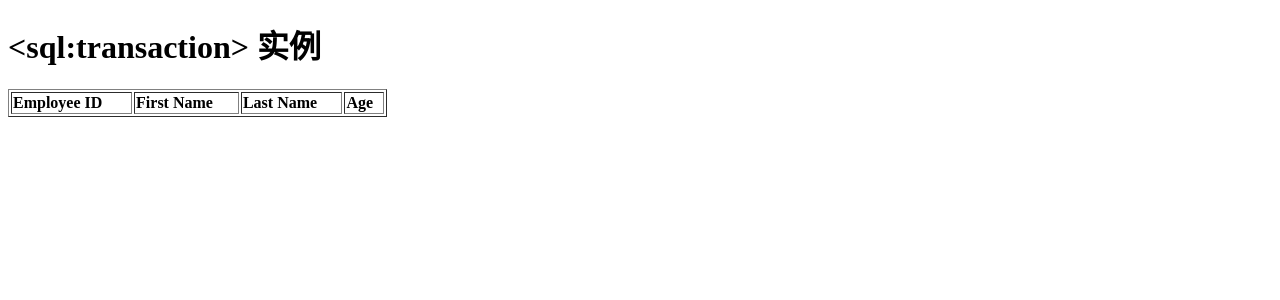
Repository: eterinfi/java
Page: http://localhost/JSPDemo/JSTLDemo/sql/sql_transaction.jsp
The author's editor kept a copy of each file at every save. The page is drawn from the files as they stood at one save, then again after the next save.
The browser window is 1280 px wide. The pictures show the whole page.
The page is served by Tomcat 9. Queries for data that is not in the repository find no rows.

Above is the page before, as saved 2016-11-15 16:14:35.

After the next save:
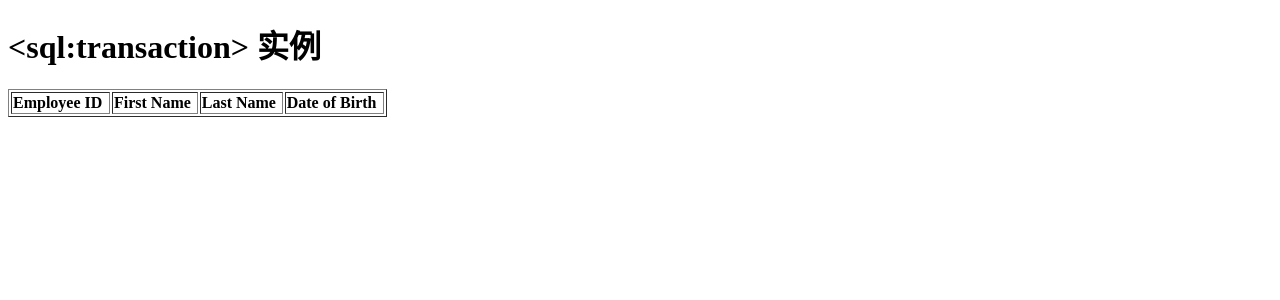
Saved 2 min 50 s later.
--- a/jee/JSPDemo/WebContent/JSTLDemo/sql/sql_transaction.jsp
+++ b/jee/JSPDemo/WebContent/JSTLDemo/sql/sql_transaction.jsp
@@ -1,5 +1,6 @@
 <%@ page language="java" contentType="text/html; charset=UTF-8"
     pageEncoding="UTF-8"%>
+<%@ page import="java.util.Date, java.text.*" %>
 <%@ taglib prefix="c" uri="http://java.sun.com/jsp/jstl/core" %>
 <%@ taglib prefix="sql" uri="http://java.sun.com/jsp/jstl/sql" %>
 <!DOCTYPE html PUBLIC "-//W3C//DTD HTML 4.01 Transitional//EN" "http://www.w3.org/TR/html4/loose.dtd">
@@ -13,26 +14,31 @@
   <sql:setDataSource var="snapshot" driver="com.mysql.jdbc.Driver"
                      url="jdbc:mysql://localhost:3306/test"
                      user="root" password="" />
-  <c:set var="empId" value="103" />
+  <%
+    Date DoB = new SimpleDateFormat("yyyy/MM/dd").parse("2001/12/16");
+    // 已过时： new Date("2001/12/16");
+    int studentId = 100;
+  %>
   <sql:update dataSource="${snapshot}" var="count">
-    DELETE FROM Employees WHERE id = ?
-    <sql:param value="${empId}" />
+    UPDATE Students SET dob = ? WHERE id = ?
+    <sql:dateParam value="<%=DoB%>" type="DATE" />
+    <sql:param value="<%=studentId%>" />
   </sql:update>
   <sql:query dataSource="${snapshot}" var="result">
-    SELECT * FROM Employees;
+    SELECT * FROM Students;
   </sql:query>
   <table border="1" width="30%">
     <tr align="left">
       <th>Employee ID</th>
       <th>First Name</th>
       <th>Last Name</th>
-      <th>Age</th>
+      <th>Date of Birth</th>
     </tr>
     <c:forEach var="row" items="${result.rows}"><tr>
       <td><c:out value="${row.id}" /></td>
       <td><c:out value="${row.first}" /></td>
       <td><c:out value="${row.last}" /></td>
-      <td><c:out value="${row.age}" /></td>
+      <td><c:out value="${row.dob}" /></td>
     </tr></c:forEach>
   </table>
 </body>
